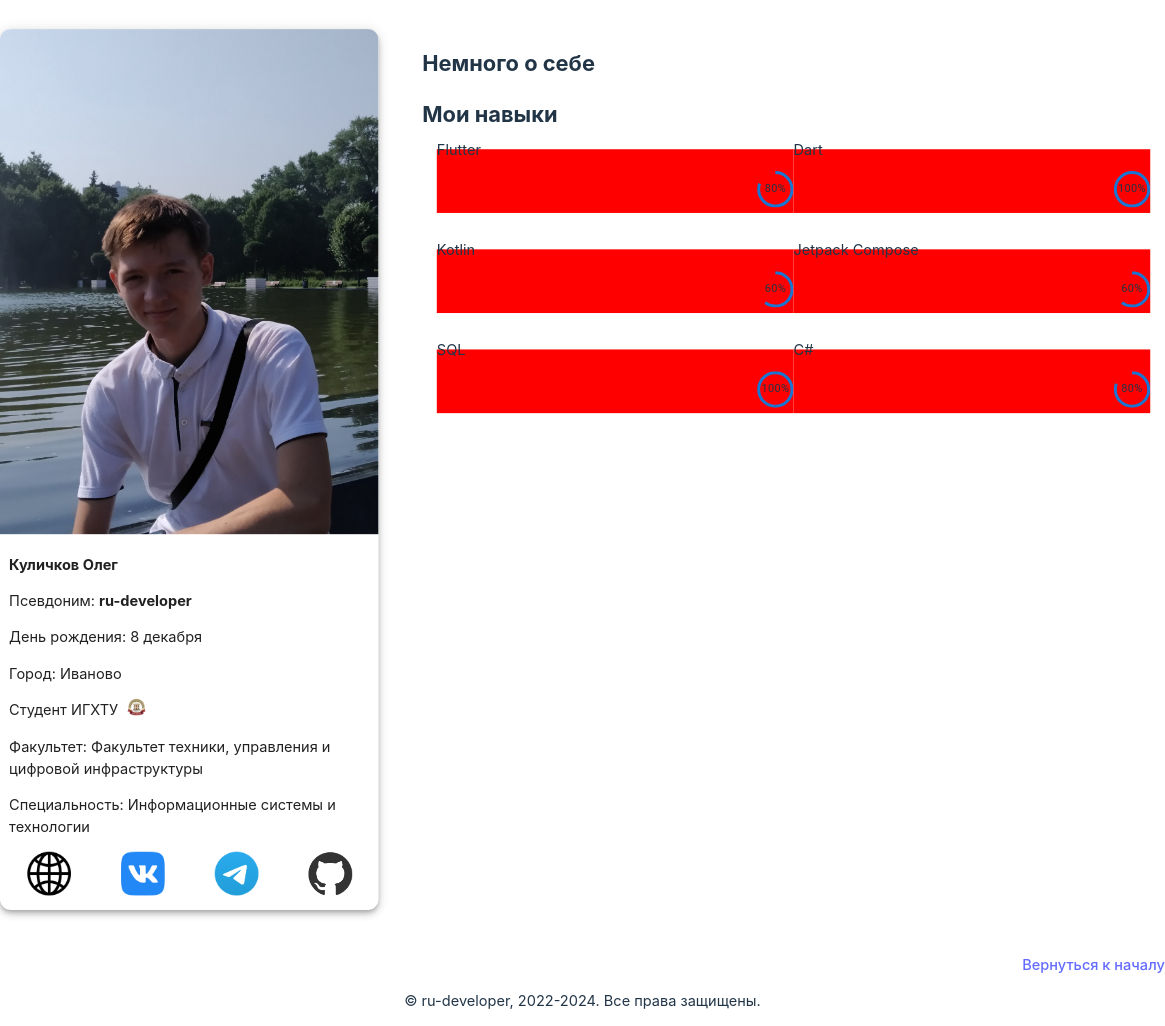
Repository: HubOl01/my_profile
Page: /
An editor plug-in stored every save of this project. The page is shown before and after the next save, followed by the edit.
The browser window is 1280 px wide. The pictures show the whole page, at 91% of full size.
The project was rebuilt for these pictures with package versions that can differ from the ones it lists, and the page was loaded fresh each time. Also part of the build but not shown: vite.config.ts, src/components/header/Header.module.scss, src/data/websites.ts.

Above is the page before, as saved 2024-03-09 11:01:45.

After the next save:
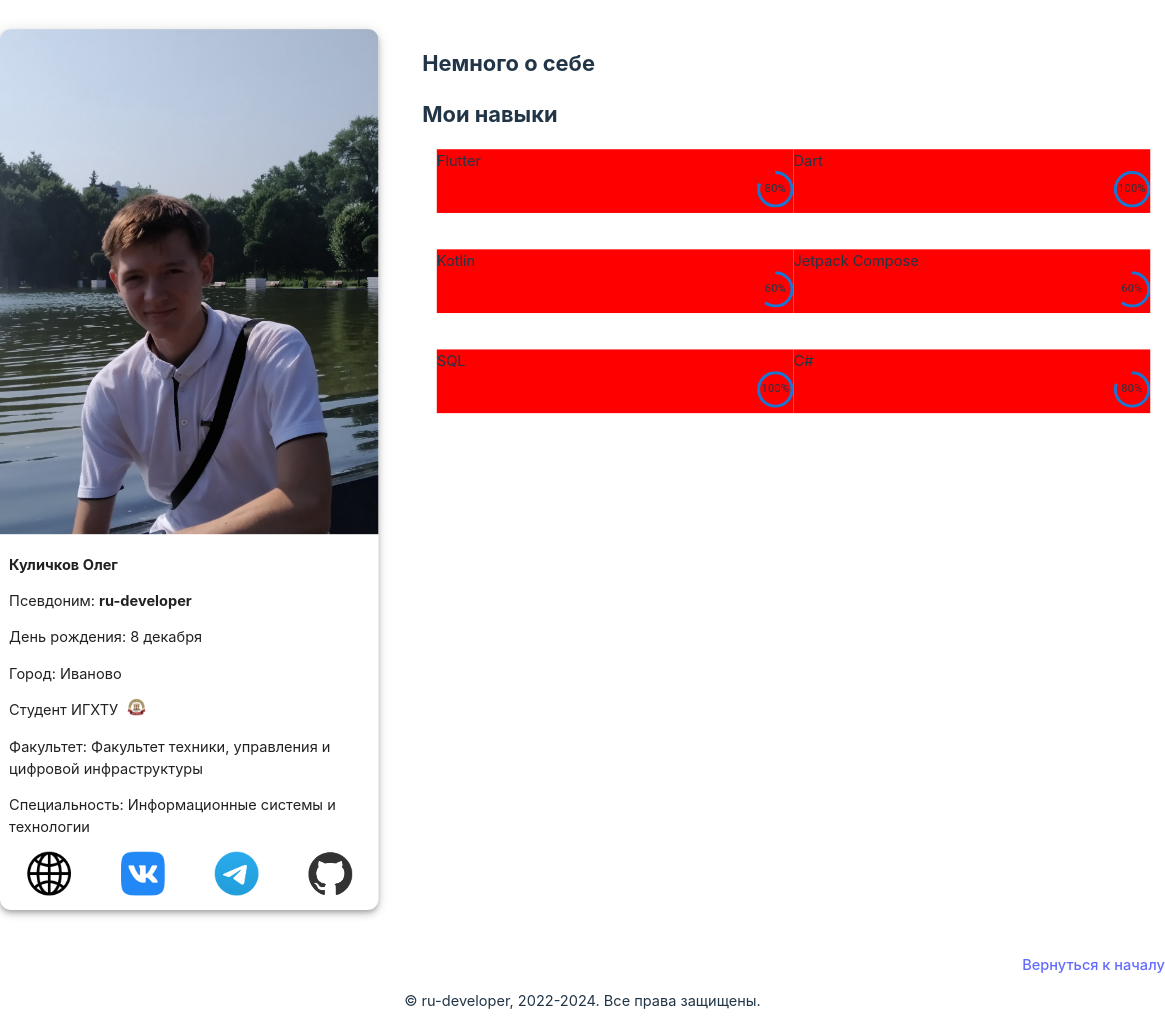
Saved 6 s later.
--- a/src/components/center/Common.tsx
+++ b/src/components/center/Common.tsx
@@ -27,7 +27,7 @@ export default function Common() {
                 // display: "inline-block",
                 whiteSpace: "nowrap",
                 "textAlign": "left",
-                transform: "translateY(-50%)",
+                // transform: "translateY(-50%)",
               }}>
                   {skill.name}
 
